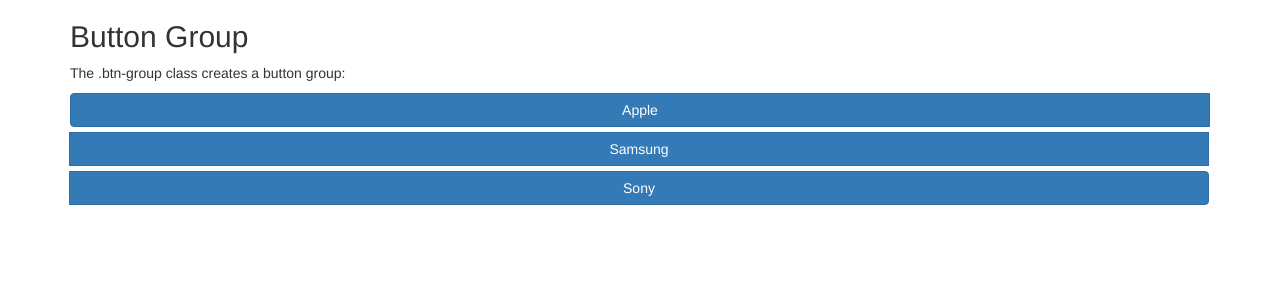
Repository: rsusolutions/RSU-Website
Page: quiz/index2.html
An editor plug-in stored every save of this project. The page is shown before and after the next save, followed by the edit.
The browser window is 1280 px wide. The pictures show the whole page.

Above is the page before, as saved 2020-04-21 13:27:32.

After the next save:
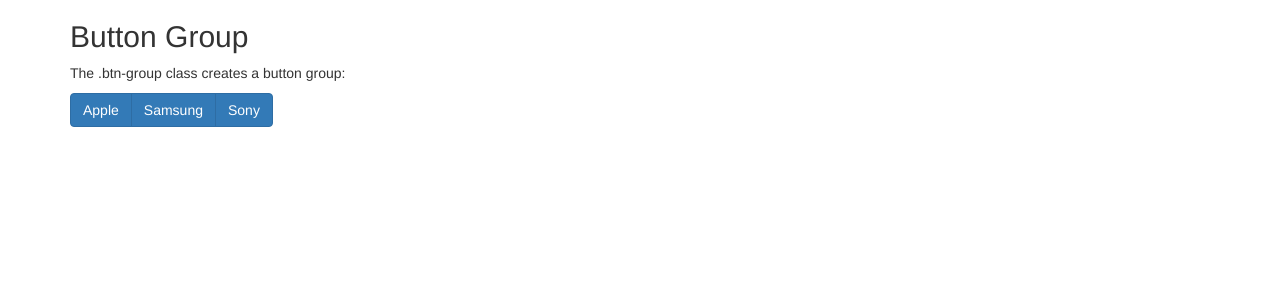
Saved 13 s later.
--- a/quiz/index2.html
+++ b/quiz/index2.html
@@ -14,9 +14,9 @@
   <h2>Button Group</h2>
   <p>The .btn-group class creates a button group:</p>
   <div class="btn-group btn-block">
-    <button type="button " class="btn btn-primary btn-block">Apple</button>
-    <button type="button" class="btn btn-primary btn-block">Samsung</button>
-    <button type="button" class="btn btn-primary btn-block">Sony</button>
+    <button type="button " class="btn btn-primary ">Apple</button>
+    <button type="button" class="btn btn-primary ">Samsung</button>
+    <button type="button" class="btn btn-primary ">Sony</button>
   </div>
 </div>
 
